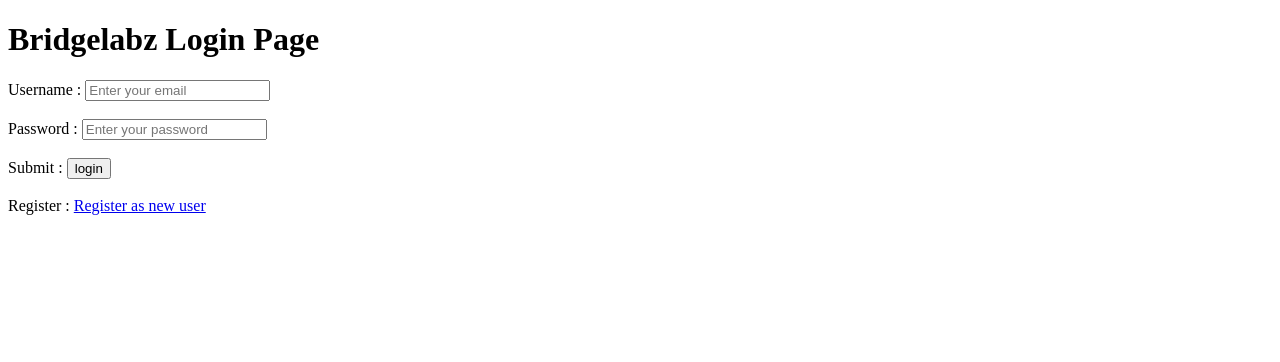
Repository: MarkFernandes11/Advanced-Java
Page: http://localhost/LoginPage1/
An editor plug-in stored every save of this project. The page is shown before and after the next save, followed by the edit.
The browser window is 1280 px wide. The pictures show the whole page.
The page is served by Tomcat 9. Nobody is signed in. The application's start-up code is not run. Other server files are loaded and not shown.

Above is the page before, as saved 2019-09-24 08:26:47.

### LoginPage1/WebContent/index.jsp
<%@ page language="java" contentType="text/html; charset=UTF-8"
    pageEncoding="UTF-8"%>
<!DOCTYPE html>
<html>
<head>
<meta charset="UTF-8">
<title>Bridgelabz Login Page</title>
</head>
<body>
	<header>

		<h1>Bridgelabz Login Page</h1>

		<!-- <marquee><h1>Bridgelabz Login Page</h1></marquee> -->

	</header>

	${message}

	${Registrationmessage}

	<form action = "login" method = "post">

			Username : <input type = "email" name = "email" placeholder = "Enter your email">
			<br><br>
			Password : <input type = "password" name = "password" placeholder = "Enter your password">
			<br><br>
			Submit : <input type = "submit" name ="submit" value = "login">
			<br><br>
			Register : <a href = "registration.jsp">Register as new user</a>
			<br><br>
			<!-- <input type = "submit" value = ""> -->
	</form>
</body>
</html>

After the next save:
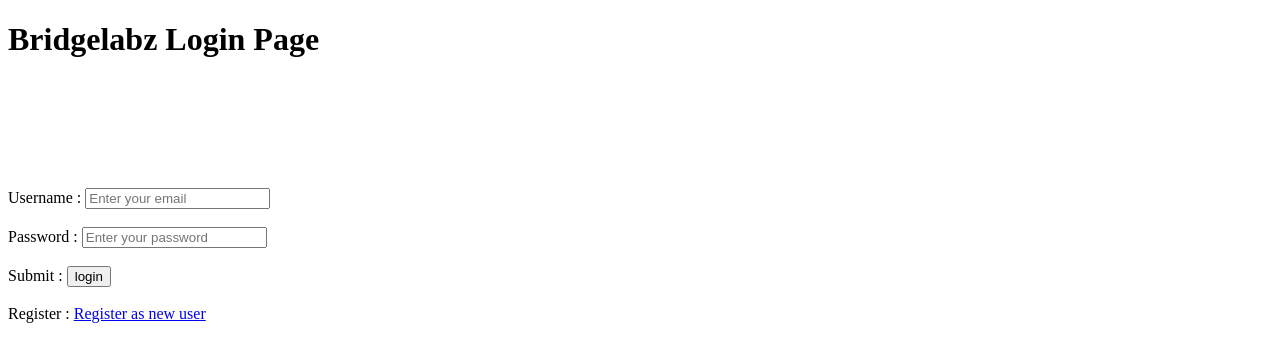
Saved 11 min 44 s later.
--- a/LoginPage1/WebContent/index.jsp
+++ b/LoginPage1/WebContent/index.jsp
@@ -15,9 +15,11 @@
 
 	</header>
 
+	<br><br>
 	${message}
-
+	<br><br>
 	${Registrationmessage}
+	<br><br>
 
 	<form action = "login" method = "post">
 
